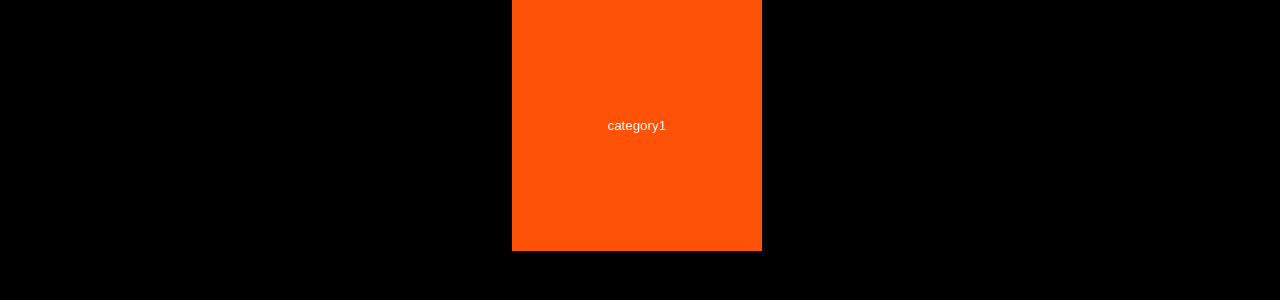
Repository: drumsmanku/react-capstone-project-2
Page: /categories
These files come from the project's save history. The page is drawn as it stood at one moment and after the next save; the edit follows.
The browser window is 1280 px wide. The pictures show the whole page.
Some web fonts or font styles are not loaded; a fallback is used. The project was rebuilt for these pictures with package versions that can differ from the ones it lists, and the page was loaded fresh each time. Also part of the build but not shown: src/components/RegistrationPage.js, src/components/SubmitSuccess.js.

Above is the page before, as saved 2023-05-22 21:22:02.

After the next save:
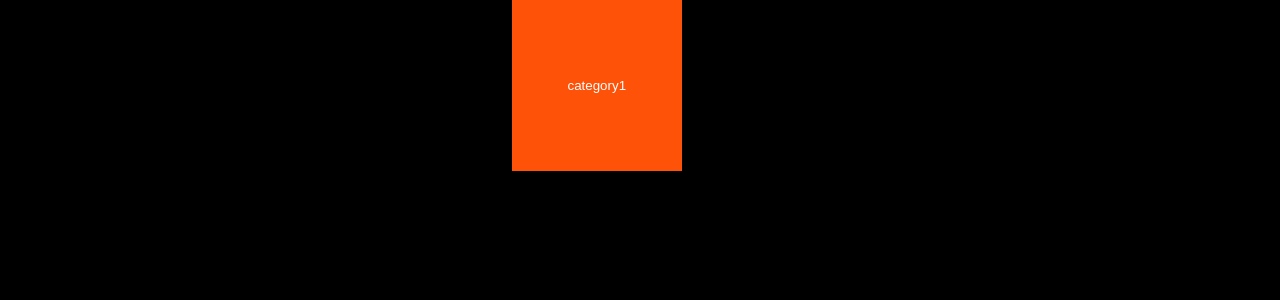
Saved 16 s later.
--- a/src/components/CategoriesPage.js
+++ b/src/components/CategoriesPage.js
@@ -10,7 +10,7 @@ function CategoriesPage(props) {
       </div>
       <div className='second-container'>
         {categories.map((category, index)=>(
-          <button style={{border:'none', background:'none',color:'white', backgroundColor:backgroundcolor, height:'15.68rem', width:'15.6rem'}} key={index}>{category}</button>
+          <button style={{border:'none', background:'none',color:'white', backgroundColor:backgroundcolor, height:'10.68rem', width:'10.6rem'}} key={index}>{category}</button>
         ))}
       </div>
     </div>
